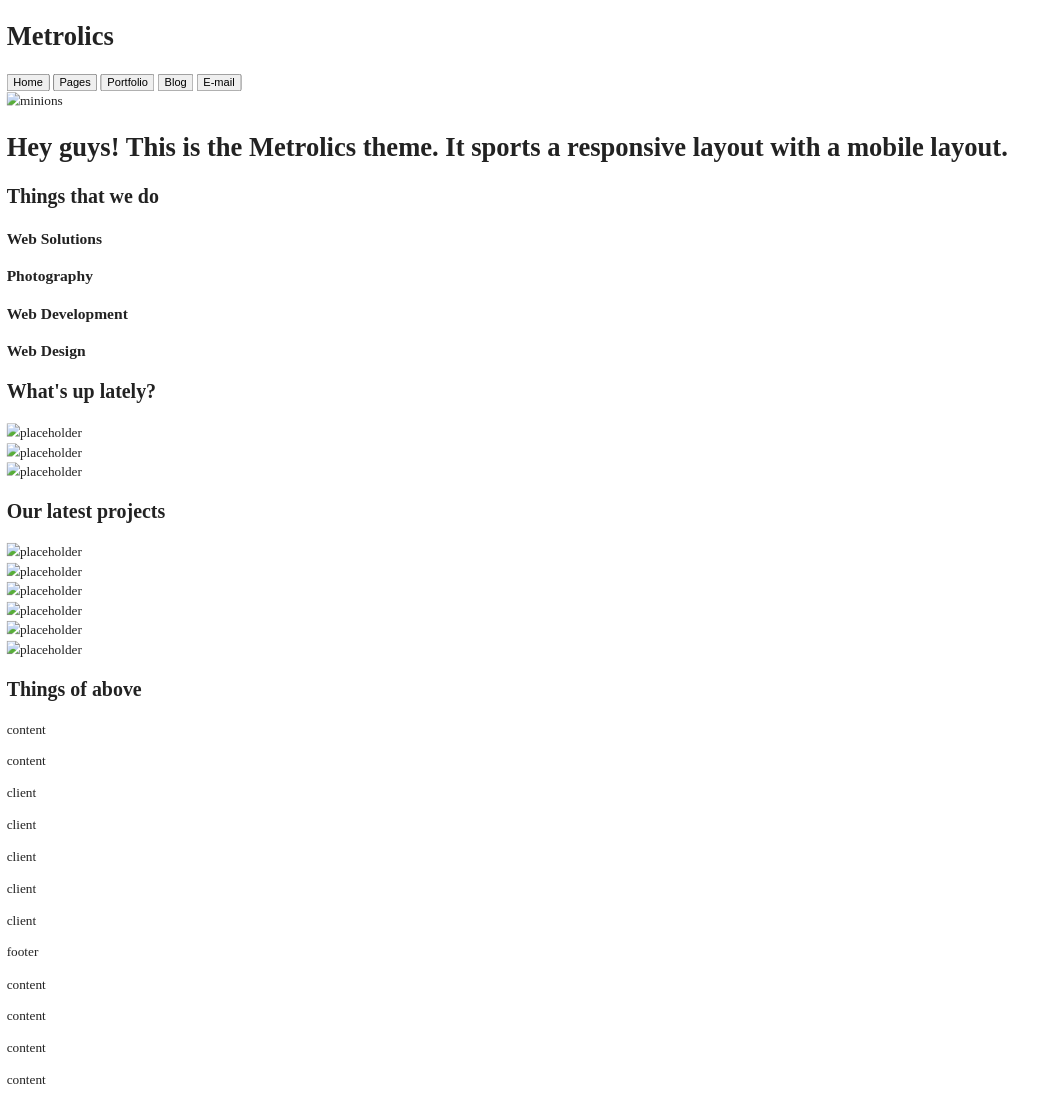
Repository: alemunden/HTML-Structure-and-Git
Page: index.html
An editor plug-in stored every save of this project. The page is shown before and after the next save, followed by the edit.
The browser window is 1280 px wide. The pictures show the whole page, at 83% of full size.

Above is the page before, as saved 2024-01-24 19:58:02.

### index.html
<!doctype html>
<html class="no-js" lang="">

<head>
  <meta charset="utf-8">
  <meta name="viewport" content="width=device-width, initial-scale=1">
  <title></title>
  <link rel="stylesheet" href="css/style.css">
  <meta name="description" content="">

  <meta property="og:title" content="">
  <meta property="og:type" content="">
  <meta property="og:url" content="">
  <meta property="og:image" content="">

  <link rel="icon" href="/favicon.ico" sizes="any">
  <link rel="icon" href="/icon.svg" type="image/svg+xml">
  <link rel="apple-touch-icon" href="icon.png">

  <link rel="manifest" href="site.webmanifest">
  <meta name="theme-color" content="#fafafa">
</head>

<body>
  <header class="page-header page-header-home">
    <div class="inner-container">
      <div class="content-container">
        <h1>Metrolics</h1>
      </div>
      <div class="content-container">
        <button class="navigation-button">Home</button>
        <button class="navigation-button">Pages</button>
        <button class="navigation-button">Portfolio</button>
        <button class="navigation-button">Blog</button>
        <button class="navigation-button">E-mail</button>
      </div>
    </div>
  </header>

  <div class="section section-image">
    <div class="inner-container">
      <div class="content-container">
        <img alt="minions">
      </div>
    </div>
  </div>

  <div class="section section-title">
    <div class="inner-container">
      <div class="content-container">
        <h1>Hey guys! This is the Metrolics theme. It sports a responsive layout with a mobile layout.</h1>
      </div>
    </div>
  </div>

  <div class="section section-ourthings">
    <div class="inner-container">
      <div class="content-container">
        <h2>Things that we do</h2>
      </div>
      <div class="content-container">
        <h3>Web Solutions</h3>
      </div>
      <div class="content-container">
        <h3>Photography</h3>
      </div>
      <div class="content-container">
        <h3>Web Development</h3>
      </div>
      <div class="content-container">
        <h3>Web Design</h3>
      </div>
    </div>
  </div>

  <div class="section section-news">
    <div class="inner-container">
      <div class="content-container">
        <h2>What's up lately?</h2>
      </div>
      <div class="content-container">
        <img alt="placeholder">
      </div>
      <div class="content-container">
        <img alt="placeholder">
      </div>
      <div class="content-container">
        <img alt="placeholder">
      </div>
    </div>
  </div>

  <div class="section section-projects">
    <div class="inner-container">
      <div class="content-container">
        <h2>Our latest projects</h2>
      </div>
      <div class="content-container">
        <img alt="placeholder">
      </div>
      <div class="content-container">
        <img alt="placeholder">
      </div>
      <div class="content-container">
        <img alt="placeholder">
      </div>
      <div class="content-container">
        <img alt="placeholder">
      </div>
      <div class="content-container">
        <img alt="placeholder">
      </div>
      <div class="content-container">
        <img alt="placeholder">
      </div>
    </div>
  </div>

  <div class="section section-things">
    <div class="inner-container">
      <div class="content-container">
        <h2>Things of above</h2>
      </div>
      <div class="content-container">
        <p>content</p>
      </div>
      <div class="content-container">
        <p>content</p>
      </div>
    </div>
  </div>

  <div class="section section-clients">
    <div class="inner-container">
      <div class="content-container">
        <p>client</p>
      </div>
      <div class="content-container">
        <p>client</p>
      </div>
      <div class="content-container">
        <p>client</p>
      </div>
      <div class="content-container">
        <p>client</p>
      </div>
      <div class="content-container">
        <p>client</p>
      </div>
    </div>
  </div>

  <footer>
    <div class="page-footer page-footer-home">
      <div class="inner-container">
        <div class="content-container">
          <p>footer</p>
        </div>
        <div class="content-container">
          <p>content</p>
        </div>
        <div class="content-container">
          <p>content</p>
        </div>
        <div class="content-container">
          <p>content</p>
        </div>
        <div class="content-container">
          <p>content</p>
        </div>
      </div>
    </div>
  </footer>

  <script src="js/app.js"></script>
</body>

</html>

### css/style.css
/*! HTML5 Boilerplate v9.0.0-RC1 | MIT License | https://html5boilerplate.com/ */

/* main.css 3.0.0 | MIT License | https://github.com/h5bp/main.css#readme */
/*
 * What follows is the result of much research on cross-browser styling.
 * Credit left inline and big thanks to Nicolas Gallagher, Jonathan Neal,
 * Kroc Camen, and the H5BP dev community and team.
 */

/* ==========================================================================
   Base styles: opinionated defaults
   ========================================================================== */

html {
  color: #222;
  font-size: 1em;
  line-height: 1.4;
}

/*
 * Remove text-shadow in selection highlight:
 * https://twitter.com/miketaylr/status/12228805301
 *
 * Customize the background color to match your design.
 */

::-moz-selection {
  background: #b3d4fc;
  text-shadow: none;
}

::selection {
  background: #b3d4fc;
  text-shadow: none;
}

/*
 * A better looking default horizontal rule
 */

hr {
  display: block;
  height: 1px;
  border: 0;
  border-top: 1px solid #ccc;
  margin: 1em 0;
  padding: 0;
}

/*
 * Remove the gap between audio, canvas, iframes,
 * images, videos and the bottom of their containers:
 * https://github.com/h5bp/html5-boilerplate/issues/440
 */

audio,
canvas,
iframe,
img,
svg,
video {
  vertical-align: middle;
}

/*
 * Remove default fieldset styles.
 */

fieldset {
  border: 0;
  margin: 0;
  padding: 0;
}

/*
 * Allow only vertical resizing of textareas.
 */

textarea {
  resize: vertical;
}

/* ==========================================================================
   Author's custom styles
   ========================================================================== */

/* ==========================================================================
   Helper classes
   ========================================================================== */

/*
 * Hide visually and from screen readers
 */

.hidden,
[hidden] {
  display: none !important;
}

/*
 * Hide only visually, but have it available for screen readers:
 * https://snook.ca/archives/html_and_css/hiding-content-for-accessibility
 *
 * 1. For long content, line feeds are not interpreted as spaces and small width
 *    causes content to wrap 1 word per line:
 *    https://medium.com/@jessebeach/beware-smushed-off-screen-accessible-text-5952a4c2cbfe
 */

.visually-hidden {
  border: 0;
  clip: rect(0, 0, 0, 0);
  height: 1px;
  margin: -1px;
  overflow: hidden;
  padding: 0;
  position: absolute;
  white-space: nowrap;
  width: 1px;
  /* 1 */
}

/*
 * Extends the .visually-hidden class to allow the element
 * to be focusable when navigated to via the keyboard:
 * https://www.drupal.org/node/897638
 */

.visually-hidden.focusable:active,
.visually-hidden.focusable:focus {
  clip: auto;
  height: auto;
  margin: 0;
  overflow: visible;
  position: static;
  white-space: inherit;
  width: auto;
}

/*
 * Hide visually and from screen readers, but maintain layout
 */

.invisible {
  visibility: hidden;
}

/*
 * Clearfix: contain floats
 *
 * The use of `table` rather than `block` is only necessary if using
 * `::before` to contain the top-margins of child elements.
 */

.clearfix::before,
.clearfix::after {
  content: "";
  display: table;
}

.clearfix::after {
  clear: both;
}

/* ==========================================================================
   EXAMPLE Media Queries for Responsive Design.
   These examples override the primary ('mobile first') styles.
   Modify as content requires.
   ========================================================================== */

@media only screen and (min-width: 35em) {
  /* Style adjustments for viewports that meet the condition */
}

@media print,
  (-webkit-min-device-pixel-ratio: 1.25),
  (min-resolution: 1.25dppx),
  (min-resolution: 120dpi) {
  /* Style adjustments for high resolution devices */
}

/* ==========================================================================
   Print styles.
   Inlined to avoid the additional HTTP request:
   https://www.phpied.com/delay-loading-your-print-css/
   ========================================================================== */

@media print {
  *,
  *::before,
  *::after {
    background: #fff !important;
    color: #000 !important;
    /* Black prints faster */
    box-shadow: none !important;
    text-shadow: none !important;
  }

  a,
  a:visited {
    text-decoration: underline;
  }

  a[href]::after {
    content: " (" attr(href) ")";
  }

  abbr[title]::after {
    content: " (" attr(title) ")";
  }

  /*
   * Don't show links that are fragment identifiers,
   * or use the `javascript:` pseudo protocol
   */
  a[href^="#"]::after,
  a[href^="javascript:"]::after {
    content: "";
  }

  pre {
    white-space: pre-wrap !important;
  }

  pre,
  blockquote {
    border: 1px solid #999;
    page-break-inside: avoid;
  }

  tr,
  img {
    page-break-inside: avoid;
  }

  p,
  h2,
  h3 {
    orphans: 3;
    widows: 3;
  }

  h2,
  h3 {
    page-break-after: avoid;
  }
}

Loaded but not shown: js/app.js (no stored copy; drawn as an empty file)

After the next save:
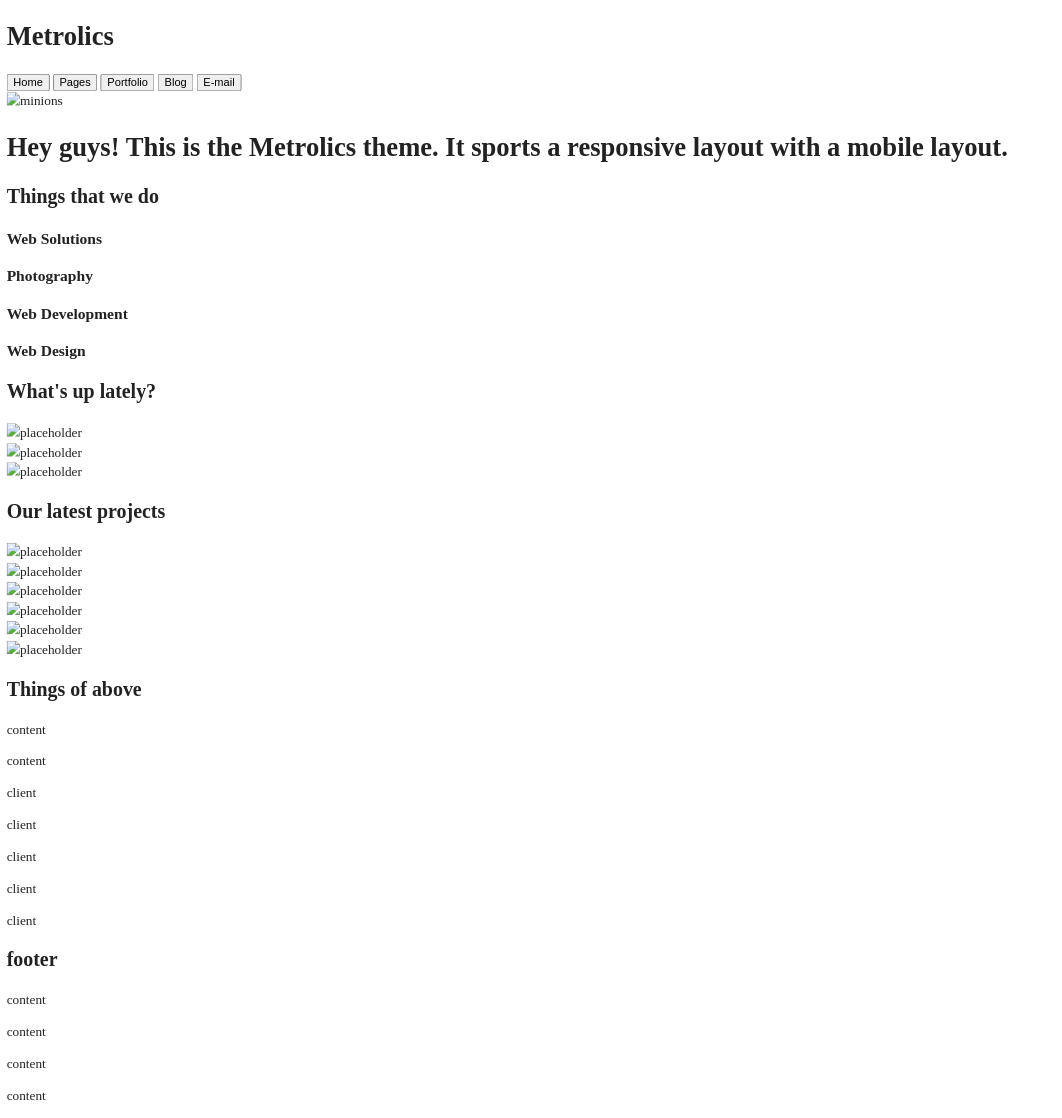
Saved 4 s later.
--- a/index.html
+++ b/index.html
@@ -154,7 +154,7 @@
     <div class="page-footer page-footer-home">
       <div class="inner-container">
         <div class="content-container">
-          <p>footer</p>
+          <h2>footer</h2>
         </div>
         <div class="content-container">
           <p>content</p>
